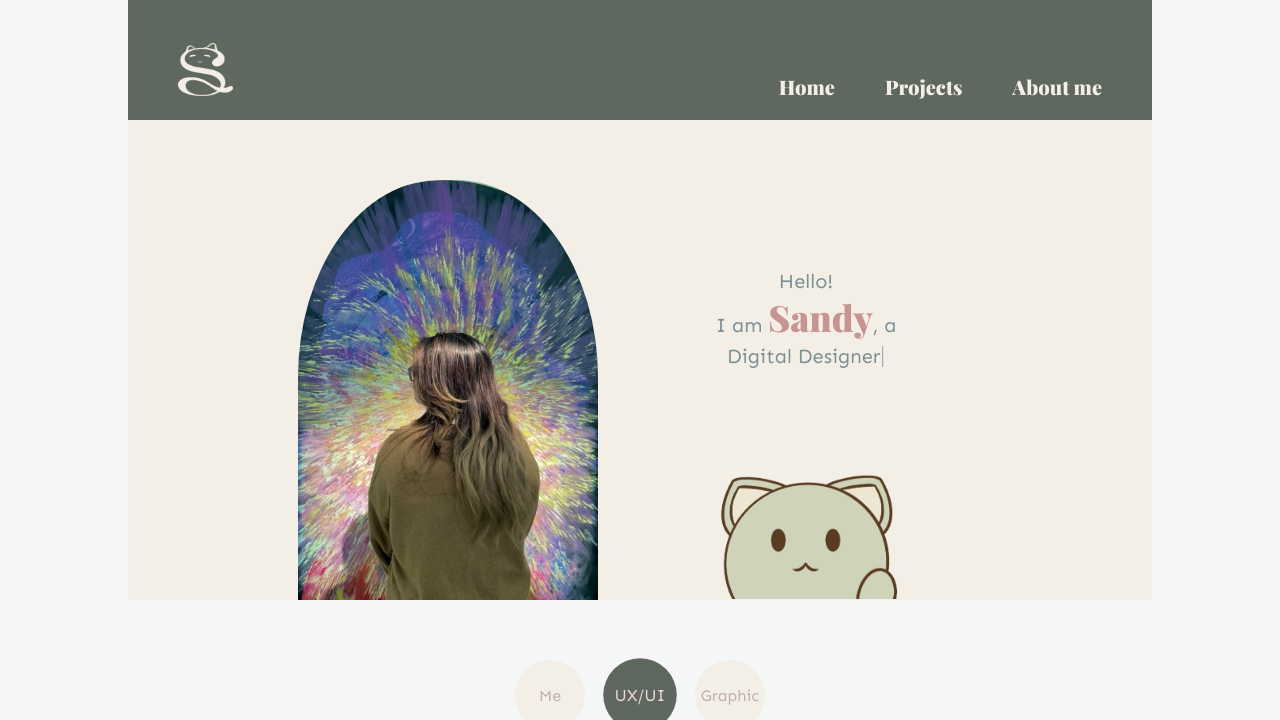
Repository: SandyLy453/portfolio
Page: /
These files come from the project's save history. The page is drawn as it stood at one moment and after the next save; the edit follows.
The browser window is 1280 px wide. The pictures show the whole page.
An inner scrolling area shows only its first screen. The project was rebuilt for these pictures with package versions that can differ from the ones it lists, and the page was loaded fresh each time. The framework's server and built-in components were replaced by stand-ins that run in the browser. Also part of the build but not shown: next.config.mjs, modules/Footer/Footer.module.css, modules/Footer/Footer.js, modules/ProjectCard/ProjectCard.module.css, modules/ProjectCard/Projectcard.js.

Above is the page before, as saved 2025-02-17 17:39:47.

### pages/_app.js
import { useEffect } from "react";
import { useRouter } from "next/router";
import { Playfair_Display, Sen } from 'next/font/google';
import '../styles/globals.css';

const playfairDisplay = Playfair_Display({
  weight: ['400', '900'],
  style: ['normal', 'italic'],
  subsets: ['latin'],
});

const sen = Sen({
  weight: ['400', '700', '800'],
  subsets: ['latin'],
});

export default function App({ Component, pageProps }) {

  const router = useRouter();

  useEffect(() => {
    const handleRouteChangeComplete = (url) => {
        if (url.startsWith("/projects")) {
            window.location.reload();
        } else if (url.startsWith("/project")) {
          window.location.reload();
        }
    };

    router.events.on("routeChangeComplete", handleRouteChangeComplete);

    return () => {
        router.events.off("routeChangeComplete", handleRouteChangeComplete);
    };
}, [router]);


  return (
    <main className={`${playfairDisplay.className} ${sen.className}`}>
      <Component {...pageProps} />
    </main>
  )
}

### pages/_document.js
import { Html, Head, Main, NextScript } from "next/document";


export default function Document() {
  return (
    <Html lang="en">
      <Head>
        <title>San San's Tea Room</title>
        <link rel="icon" href="/favicon.ico" />

        <link rel="preconnect" href="https://fonts.googleapis.com" />
        <link rel="preconnect" href="https://fonts.gstatic.com" crossorigin="anonymous" />
        <link
          href="https://fonts.googleapis.com/css2?family=Playfair+Display:wght@400;900&family=Sen:wght@400;700;800&display=swap"
          rel="stylesheet"
        />
      </Head>
      <body>
        <Main />
        <NextScript />
      </body>
    </Html>
  );
}

### pages/index.js
import Image from "next/image";
import Link from "next/link";
import styles from "@/styles/Home.module.css";
import { useState, useEffect } from "react";
import Header from "@/modules/Header/Header";
import Footer from "@/modules/Footer/Footer";
import ProjectCard from "@/modules/ProjectCard/Projectcard";
import ShowCase from "@/modules/ShowCase/ShowCase";

export default function Home() {

  const projects = [
    {
      photos: ["/aether-cover.png"],
      alt: "Aether cover",
      title: "Aether",
      description: "Case Study - A AI-powered form-filling app",
      date: "September 2024 - December 2024",
      link: "/projects/Aether",
    },
    {
      photos: ["/post1.png", "/post2.png", "/post3.png"],
      alt: "Poster slides show",
      title: "Poster design",
      description:
        "Product design - Series of posters based on the anime/ manga Detective Conan.",
      date: "December 2024",
      link: "/projects/Poster",
    },
    {
      photos: ["/can1.png", "/can2.png", "/can3.png"],
      alt: "Can design slide show",
      title: "DiLo Tea Can",
      description: "Product design - Tea Can",
      date: "November 2024",
      link: "/projects/CanDesign",
    },
    {
      photos: ["/mockup2.png"],
      alt: "Magazine cover",
      title: "Magazine",
      description: "Magazine design - An architectural magazine",
      date: "November 2024",
      link: "/projects/Magazine",
    },
    {
      photos: ["/clotho.png"],
      alt: "Clotho app",
      title: "Clotho",
      description: "Clotho - A closet organize app",
      date: "March 2024 - May 2024",
      link: "/projects/Clotho",
    },
    {
      photos: ["/cam.png"],
      alt: "Camera vector graphic",
      title: "Mechanical Object Vector Graphic",
      description: "Using vector to draw mechanical objects",
      date: "December 2023",
      link: "/projects/MechanicalObject",
    },
  ];

  const [visibleProjects, setVisibleProjects] = useState(6);

  const roles = ["UX/UI Designer", "Digital Designer", "Web Developer"];
  const [text, setText] = useState("");
  const [index, setIndex] = useState(0);
  const [charIndex, setCharIndex] = useState(0);
  const [deleting, setDeleting] = useState(false);

  useEffect(() => {
    const currentRole = roles[index];

    let timeout;

    if (deleting) {
      timeout = setTimeout(() => {
        setText(currentRole.substring(0, charIndex - 1));
        setCharIndex((prev) => prev - 1);
      }, 50);
    } else {
      timeout = setTimeout(() => {
        setText(currentRole.substring(0, charIndex + 1));
        setCharIndex((prev) => prev + 1);
      }, 100);
    }

    if (!deleting && charIndex === currentRole.length) {
      setTimeout(() => setDeleting(true), 1000);
    } else if (deleting && charIndex === 0) {
      setDeleting(false);
      setIndex((prevIndex) => (prevIndex + 1) % roles.length);
    }

    return () => clearTimeout(timeout);
  }, [charIndex, deleting, index, roles]);

  return (
    <>
      <Header/>

      <main className={styles.main}>
        <div className={styles.top}>
          <div className={styles.image}>
            <Image src={'/cover.jpeg'} alt="cover photo" className={styles.coverPhoto} width={300} height={420} />
          </div>

          <div className={styles.info}>
            <p className={styles.role}>Hello!</p>
            <p className={styles.role}>I am <span className={styles.name}>Sandy</span>, a</p>
            <p className={styles.role}>
              {text}
              <span className={styles.cursor}>|</span>
            </p>
            <Image src={'/hi.GIF'} alt="greeting gif" className={styles.gif} width={294} height={129} />
          </div>
        </div>

        <ShowCase/>

        <div className={styles.sectionBreaker}>
          <span> Let's connect! </span>
        </div>

        <div className={styles.connect}>
          <Link
            className={styles.link}
            href={"mailto:sandy.lyth453@gmail.com"}
            target="_blank"
          >
            <p className={styles.connectInfo}>Email</p>
          </Link>
          <Link
            className={styles.link}
            href={"https://www.instagram.com/sansan_lyth?igsh=MThxOTR1ZTlyY3R1dw%3D%3D&utm_source=qr"}
            target="_blank"
          >
            <p className={styles.connectInfo}>Instagram</p>
          </Link>
          <Link
            className={styles.link}
            href={"https://www.linkedin.com/in/boisan-sandy-ly/"}
            target="_blank"
          >
            <p className={styles.connectInfo}>LinkedIn</p>
          </Link>
          <Link
            className={styles.link}
            href={"/Sandy_Ly_Resume.pdf"}
            target="_blank"
          >
            <p className={styles.connectInfo}>Resume</p>
          </Link>
        </div>
      </main>

      <footer className={styles.footer}>
        <p className={styles.copyright}>© Made by Sandy Ly • 2025</p>
      </footer>
    </>
  );
}

### styles/globals.css
:root {
  --mauveMorn: #ecd6d6;
  --mauveShadow: #B59BA6;
  --moss: #5E7975;
  --brightWhite: #f5f7f6;
  --white: #fff;

  --spaBlue: #D3DEDF;
  --forest: #5E685E;
  --midnight: #3D4D55;
  --stormCloud: #676767;
  --cream: #f4EFE6;
  --cloud: #FEFCF6;
}

html,
body {
  padding: 0;
  margin: 0;
  background-color: #f5f7f6;
  width: 100vw;
  height: 100vh;
  overflow-x: hidden;
  scroll-behavior: auto;

  font-family: "Playfair Display", serif;
  font-optical-sizing: auto;
  color: var(--stormCloud);
  cursor: url('/hehe.webp') 16 16, auto;
}

header {
  margin: 0;
  padding: 0;
  box-sizing: border-box;
}

* {
  margin: 0;
  padding: 0;
  box-sizing: border-box; /* Reset styles for all elements */
}

h1, h2, h3, h4, h5, span {
  font-family: "Playfair Display", serif;
}

a, button {
  cursor: url('/haha.webp') 16 16, pointer;
}

### styles/Home.module.css
.page {
  margin: 0;
  padding: 0;
}

.main {
  min-height: 100vh;
  width: 70vw;
  margin: auto;
  margin-top: 0;
  margin-top: 120px;
}

.top {
  width: 100%;
  min-height: 480px;
  background-color: var(--cream);
  align-items: center;
  display: flex;
  flex-direction: row;
  padding: 0;
  flex-wrap: wrap;
  justify-content: center;
}

.coverPhoto {
  border-radius: 47% 47% 0 0;
  margin: 0 6rem;
  position: relative;
  bottom: -30px;
}

.info {
  text-align: center;
  margin-top: 100px;
  width: 30vw;
}

.name {
  font-size: 54px;
  color: #C69491;
  font-weight: 600;
  font-family: "Playfair Display", serif;
}

.role {
  font-size: 44px;
  color: #7D9094;
  font-weight: 500;
}

.loca {
  font-size: 20px;
  color: #7D9094;
  padding-top: 10px;
}

.gif {
  position: relative;
  bottom: -36px;
}

.sectionBreaker {
  display: flex;
  align-items: center;
  justify-content: center;
  margin: 40px 0;
  position: relative;
}

.sectionBreaker::before,
.sectionBreaker::after {
  content: "";
  flex: 1;
  height: 2px;
  background: #d3d3d3;
  margin: 0;
}

.sectionBreaker span {
  color: #7D9094;
  margin: 0 10px;
  font-size: 20px;
  font-style: italic;
}

.pjSection {
  display: flex;
  flex-direction: row;
  flex-wrap: wrap;
  justify-content:space-between;
  align-items: flex-start;
  margin: 0 auto;
  margin-bottom: 50px;
  gap: 1rem;
  max-width: 1350px;
}

.connect {
  margin-bottom: 200px;
}

.link {
  text-decoration: none;
  color: var(--mauveShadow);
  width: 100%;
  font-weight: 500;
}

.link:hover {
  color: var(--forest);
  font-weight: 900;
}

.connectInfo {
  font-size: 54px;
  margin: 20px 0;
  font-family: "Playfair Display", serif;
  position: relative;
  display: inline-block;
  padding: 10px 20px;
  text-decoration: none;
  width: 100%;
  overflow: hidden;
  transition: color 0.3s ease-in-out, font-weight 0.3s ease-in-out;
  font-weight: 500;
}

.connectInfo::before {
  content: "";
  position: absolute;
  top: 0;
  left: -100%;
  width: 100%;
  height: 100%;
  background: linear-gradient(to right, rgba(0, 0, 0, 0.1), rgba(0, 0, 0, 0.3));
  transition: left 0.4s ease-in-out;
  z-index: -1; /* Ensure background does not cover text */
}

/* Make background visible when hovering */
.connectInfo:hover::before,
.connectInfo:active::before {
  left: 0;
}

/* Text color and weight on hover */
.connectInfo:hover {
  color: var(--forest); /* Hover text color */
  font-weight: 900;
}

/* Arrow effect */
.connectInfo::after {
  content: " →";
  opacity: 0;
  position: absolute;
  right: 10px;
  top: 50%;
  transform: translateY(-50%);
  transition: opacity 0.3s ease-in-out, transform 0.3s ease-in-out;
  color: var(--forest); /* Match hover color */
}

/* Show arrow and move slightly right when hovering */
.connectInfo:hover::after,
.connectInfo:active::after {
  opacity: 1;
  transform: translate(8px, -50%);
}


.footer {
  margin-bottom: 20px;
}

.copyright {
  text-align: center;
  font-style: italic;
  color: var(--forest);
  width: 100%;
}





@media screen and (max-width: 1460px) {
  .pjSection {
    gap: 20px;
  }

  .main {
    width: 80vw;
  }

  .coverPhoto {
    margin: 0 1rem;
    bottom: -32px;
  }

  .info {
    margin-top: 50px;
  }

  .gif {
    bottom: -6.4rem;
  }

  .name {
    font-size: 36px;
  }

  .role {
    font-size: 20px;
  }

  .loca {
    font-size: 18px;
  }

  .pjSection {
    gap: 15px;
    justify-content: center;
  }
}



@media screen and (max-width: 768px) {
  .main {
    width: 100vw;
  }

  .coverPhoto {
    margin: 0 auto;
    bottom: -20px;
    width: 70vw;
    height: auto;
  }

  .info {
    margin-top: 50px;
    width: 90vw;
  }

  .name {
    font-size: 36px;
  }

  .role {
    font-size: 20px;
  }

  .loca {
    font-size: 18px;
  }

  .pjSection {
    gap: 15px;
    justify-content: center;
  }

  .gif {
    position: relative;
    bottom: -4px;
    margin-top: 10px;
  }
}

### modules/Header/Header.js
import Image from "next/image";
import Link from "next/link";
import styles from './Header.module.css';
import { useState, useRef } from "react";

export default function Header() {
    const audioRef = useRef(null);
    const [menuOpen, setMenuOpen] = useState(false);

    const playSound = () => {
        if (audioRef.current) {
            audioRef.current.currentTime = 0;
            audioRef.current.play().catch(error => console.log("Audio playback error:", error));
        }
    };

    return (
        <header className={`${styles.header} ${menuOpen ? styles.headerExpanded : ""}`}>
            {/* Logo */}
            <div className={styles.logoBox}>
                <Link href={'/'}>
                    <Image
                        src={'/logo.png'}
                        alt="logo"
                        className={styles.logo}
                        width={55}
                        height={53}
                        onMouseEnter={playSound}
                    />
                </Link>
            </div>

            <button className={styles.hamburger} onClick={() => setMenuOpen(!menuOpen)}>
                <Image
                    src={menuOpen ? "/menuOpen.png" : "/menuIcon.png"}
                    alt="Menu Toggle"
                    width={30}
                    height={21}
                />
            </button>

            <nav className={`${styles.menu} ${menuOpen ? styles.menuExpanded : ""}`}>
                <p className={styles.menuOption}><Link href={'/'} className={styles.link}>Home</Link></p>
                <p className={styles.menuOption}><Link href={'/project'} className={styles.link}>Projects</Link></p>
                <p className={styles.menuOption}><Link href={'/about'} className={styles.link}>About me</Link></p>
            </nav>

            <audio ref={audioRef} src="/cat.wav" preload="auto"></audio>
        </header>
    );
}

### modules/ShowCase/ShowCase.js
import Image from "next/image";
import { useState, useEffect, useRef } from "react";
import styles from './ShowCase.module.css';
import Link from "next/link";

export default function ShowCase() {
    const tags = ["Me", "UX/UI", "Graphic"];
    const images = {
        "Me": "/me.png",
        "UX/UI": "/uxui.png",
        "Graphic": "/3can.png",
    };
    const bigText = ["Sandy", "App Design", "Graphic Design"];
    const smallText = [
        "",
        "",
        ""
    ];
    const linkPath = ["/about", "/project", "/project"];
    const linkText = ["About Me →", "See More Project →", "See More Project →"];

    const [activeIndex, setActiveIndex] = useState(0);
    const [isFading, setIsFading] = useState(false);
    const [isPaused, setIsPaused] = useState(false);
    const intervalRef = useRef(null);

    const startLoop = () => {
        clearInterval(intervalRef.current);
        intervalRef.current = setInterval(() => {
            setIsFading(true);
            setTimeout(() => {
                setActiveIndex((prevIndex) => (prevIndex + 1) % tags.length);
                setIsFading(false);
            }, 500);
        }, 4000);
    };

    useEffect(() => {
        if (!isPaused) startLoop();
        return () => clearInterval(intervalRef.current);
    }, [isPaused]);

    const handlePause = (index) => {
        clearInterval(intervalRef.current);
        setIsPaused(true);
        setActiveIndex(index);
        setIsFading(false);
    };

    const handleResume = () => {
        setIsPaused(false);
    };

    return (
        <div className={styles.container}>
            <div className={styles.tagBox}>
                {tags.map((tag, index) => (
                    <div
                        key={tag}
                        className={`${styles.tag} ${activeIndex === index ? styles.active : ""}`}
                        onMouseEnter={() => handlePause(index)}
                        onMouseLeave={handleResume}
                        onTouchStart={() => handlePause(index)}
                        onTouchEnd={handleResume}
                    >
                        <p>{tag}</p>
                    </div>
                ))}
            </div>

            <div className={styles.right}>
                <div className={styles.photoBox}>
                    <Image
                        key={tags[activeIndex]}
                        src={images[tags[activeIndex]]}
                        alt={tags[activeIndex]}
                        width={600}
                        height={460}
                        className={`${styles.photo} ${isFading ? styles.fadeOut : styles.fadeIn}`}
                    />

                    <div className={styles.gradient}></div>
                    <div className={styles.text}>
                        <p className={styles.big}>{bigText[activeIndex]}</p>
                        <p className={styles.small}>{smallText[activeIndex]}</p>
                        <Link href={linkPath[activeIndex]} className={styles.littleLink}>
                            {linkText[activeIndex]}
                        </Link>
                    </div>
                </div>

                {/* <div className={styles.loadMoreContainer}>
                    <Link href="/project" passHref>
                        <button className={styles.loadMoreButton}>
                            More Projects
                        </button>
                    </Link>
                </div> */}
            </div>
        </div>
    );
}

### modules/Header/Header.module.css
.header {
    margin: 0 auto;
    width: 70vw;
    height: 120px;
    background-color: var(--forest);
    padding: 20px 50px;
    display: flex;
    flex-direction: row;
    justify-content: space-between;
    align-items: flex-end;
    position: fixed;
    right: 15vw;
    top: 0;
    z-index: 999;
    transition: height 0.3s ease-in-out;
}

.headerExpanded {
    min-height: 250px;
}

.menu {
    display: flex;
    flex-direction: row;
    gap: 50px;
    opacity: 1;
    transition: opacity 0.3s ease-in-out;
}

.menuExpanded {
    display: flex;
    flex-direction: column;
    align-items: flex-end;
    gap: 10px;
    width: 100%;
}


.menuOption {
    font-size: 20px;
    font-weight: 600;
}

.link {
    text-decoration: none;
    color: var(--cream);
    font-family: "Playfair Display", serif;
}

.link:hover {
    color: var(--midnight);
}

.hamburger {
    display: none;
    background: none;
    border: none;
    cursor: pointer;
}


@media screen and (max-width: 1460px) {
    .header {
        width: 80vw;
        right: 10vw;
    }
}

@media screen and (max-width: 768px) {
    .header {
        width: 100vw;
        min-height: 100px;
        right: 0;
        display: flex;
        flex-direction: row;
        align-items: center;
        justify-content: space-between;
        height: auto;
    }

    .hamburger {
        display: block;
        position: absolute;
        right: 20px;
        top: 40px;
        z-index: 10;
    }

    .logo {
        display: block;
        position: absolute;
        left: 20px;
        top: 20px;
        z-index: 10;
    }

    .menu {
        display: none;
        flex-direction: column;
        align-items: center;
        width: 100%;
        opacity: 0;
        transform: scaleY(0);
        transition: transform 0.3s ease-in-out, opacity 0.3s ease-in-out;
    }

    .menuExpanded {
        display: flex;
        opacity: 1;
        transform: scaleY(1);
    }

}

### modules/ShowCase/ShowCase.module.css
.container {
    margin: auto;
    margin-top: 50px;
    display: flex;
    flex-direction: row;
    justify-content: center;
    align-items: center;
    gap: 30px;
}

.tagBox {
    display: flex;
    justify-content: center;
    align-items: center;
    flex-direction: column;
}

.tag, .active {
    width: 100px;
    height: 100px;
    background-color: var(--cream);
    border-radius: 50%;
    display: flex;
    justify-content: center;
    align-items: center;
    margin: 10px;
    cursor: url('/haha.webp') 16 16, pointer;
    transition: background-color 0.3s ease-in-out, transform 0.2s ease-in-out;
}

.tag:hover, .active {
    background-color: var(--forest);
    transform: scale(1.05);
}

.tag p, .active p {
    color: var(--mauveShadow);
    opacity: 80%;
}

.tag:hover p, .active p {
    color: var(--mauveMorn);
    opacity: 100%;
}

.photoBox {
    width: 60vw;
    max-width: 1000px;
    aspect-ratio: 20 / 11;
    position: relative;
    display: flex;
    align-items: center;
    justify-content: center;
    overflow: hidden;
}

.photo {
    width: 100%;
    height: 100%;
    border-radius: 20px;
    object-fit: cover;
    position: absolute;
    transition: opacity 0.5s ease-in-out;
}

.fadeIn {
    opacity: 1;
}

.fadeOut {
    opacity: 0;
}

.loadMoreContainer {
    margin-top: 20px;
    display: flex;
    flex-direction: column;
    justify-content: flex-end;
    align-items: flex-end;
  }

  .loadMoreButton {
    height: 40px;
    width: 150px;
    background-color: var(--cream);
    color: var(--forest);
    border: 1px solid var(--forest);
    font-size: 18px;
    align-items: center;
    border-radius: 10px;
    margin-bottom: 50px;
  }

  .loadMoreButton:hover {
    background-color: var(--forest);
    color: var(--cream);
  }

  .gradient {
    position: absolute;
    top: 0;
    left: 0;
    width: 100%;
    height: 100%;
    background: linear-gradient(360deg, rgba(2,0,36,1) 0%, rgba(255,255,255,0) 55%);
    z-index: 2;
    pointer-events: none;
    border-radius: 20px;
}

.text {
    position: absolute;
    bottom: 0;
    right: 0;
    width: 100%;
    padding: 20px;
    color: white;
    z-index: 3;
    width: 50vw;
    max-width: 1000px;
    text-align: right;
}

.littleLink {
    text-decoration: underline;
    color: white;
    font-style: italic;
    margin: 20px 0;
}

.big {
    font-family: "Playfair Display", serif;
    font-size: 18px;
    margin: 15px 0;
    font-weight: 700;
}

.small {
    font-size: 15px;
    margin: 15px 0;
}

@media screen and (max-width: 1460px) {
    .container {
        flex-direction: column;
    }

    .tagBox {
        flex-direction: row;
    }

    .tag, .active {
        width: 70px;
        height: 70px;
    }

    .photoBox {
        width: 70vw;
    }

    .big {
        font-size: 16px;
    }

    .small,
    .littleLink {
        font-size: 12px;
    }
}

@media screen and (max-width: 768px) {
    .photoBox {
        width: 90vw;
    }

    .big {
        font-size: 12px;
    }

    .small,
    .littleLink {
        font-size: 10px;
    }
}

After the next save:
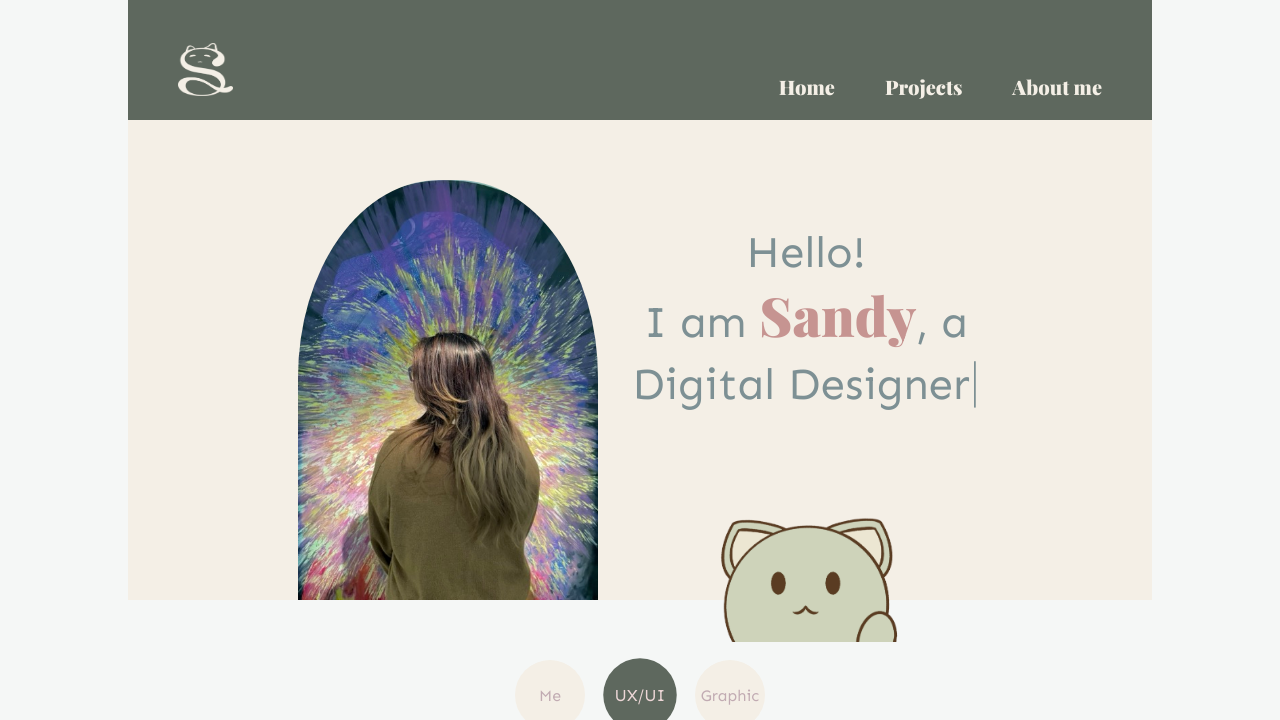
Saved 25 min 14 s later.
--- a/styles/Home.module.css
+++ b/styles/Home.module.css
@@ -208,11 +208,11 @@
   }
 
   .name {
-    font-size: 36px;
+    font-size: 54px;
   }
 
   .role {
-    font-size: 20px;
+    font-size: 44px;
   }
 
   .loca {
